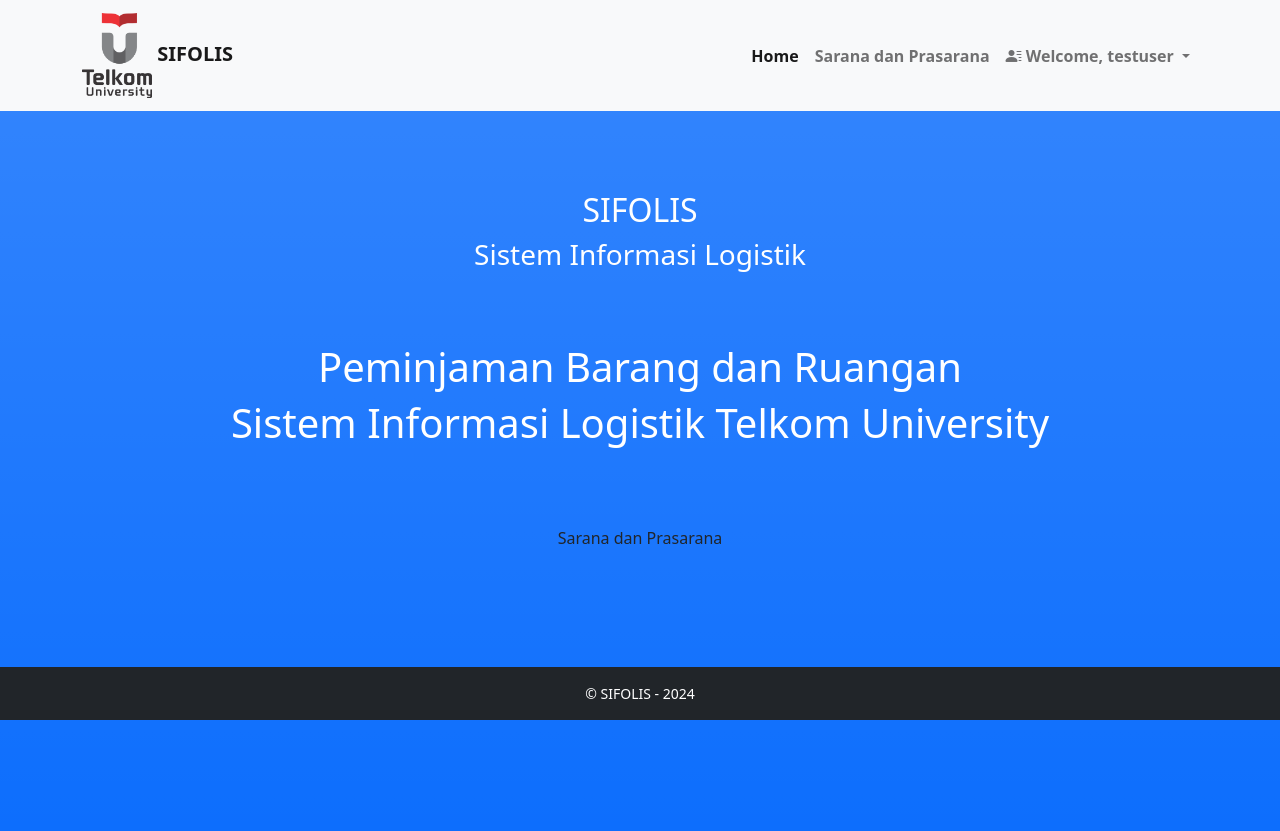
Repository: Audi87/uas_framework
Page: http://localhost/
The author's editor kept a copy of each file at every save. The page is drawn from the files as they stood at one save, then again after the next save.
The browser window is 1280 px wide. The pictures show the whole page.
Some web libraries are served in a nearby version. The page is served by the project's Laravel application, run on PHP 8.4 with Laravel 10. A made-up administrator, Test User (test@example.com), is signed in.

Above is the page before, as saved 2024-06-13 20:56:00.

After the next save:
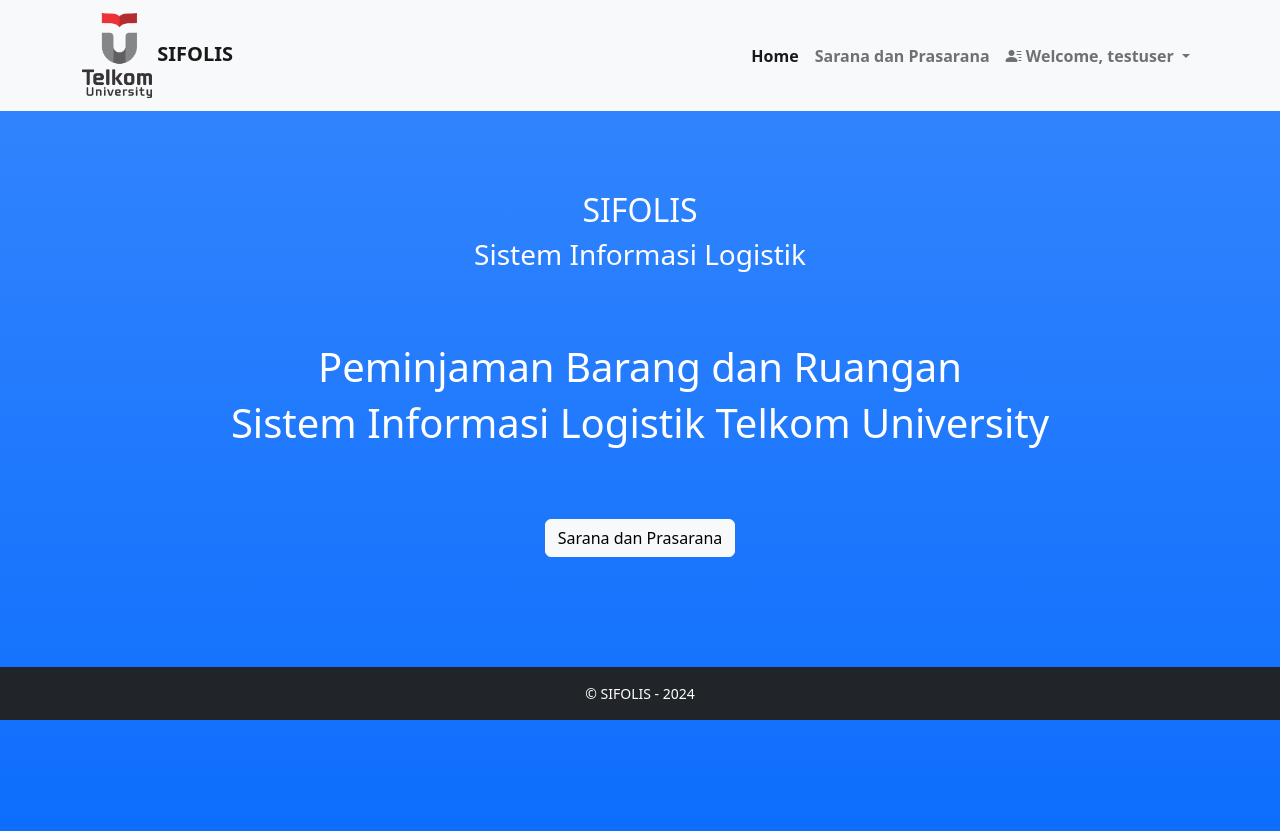
Saved 12 s later.
--- a/resources/views/index.blade.php
+++ b/resources/views/index.blade.php
@@ -59,7 +59,7 @@
 
             <div class="row py-3 text-center mt-5" data-aos="flip-left" data-aos-duration="2000">
                 <div class="col-lg-12">
-                    <a href="sarana dan prasarana" class="btn">Sarana dan Prasarana</a>
+                    <a href="sarana dan prasarana" class="btn btn-light">Sarana dan Prasarana</a>
                 </div>
             </div><br><br><br><br><br><br>
 
